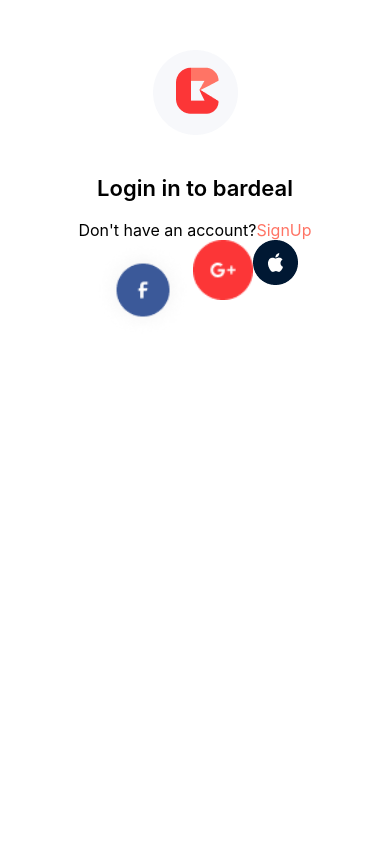
Repository: krunallogisticinfotech/bardealapp-clone
Screen: /
An editor plug-in stored every save of this project. The screen is shown before and after a run of saves, followed by the edit.
The app was drawn by React Native's web renderer in a window 390 px wide. The project was rebuilt for these pictures with package versions that can differ from the ones it lists, and the page was loaded fresh each time.

Above is the screen before, as saved 2021-10-21 18:11:51.

After the next 3 saves:
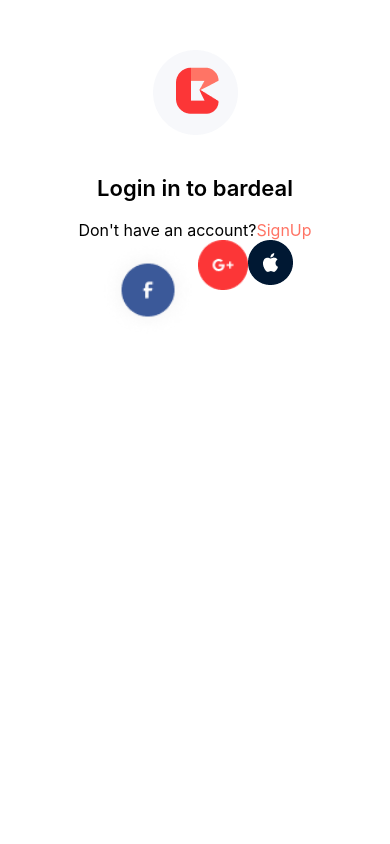
The 3 saves are shown as one change because they came seconds apart.
The last was saved 6 s later.
--- a/screens/Loginscreen.js
+++ b/screens/Loginscreen.js
@@ -59,8 +59,8 @@
     height: 100,
   },
   GoogleIcon:{
-    width: 60,
-    height: 60,
+    width: 50,
+    height: 50,
   }
 
 });
